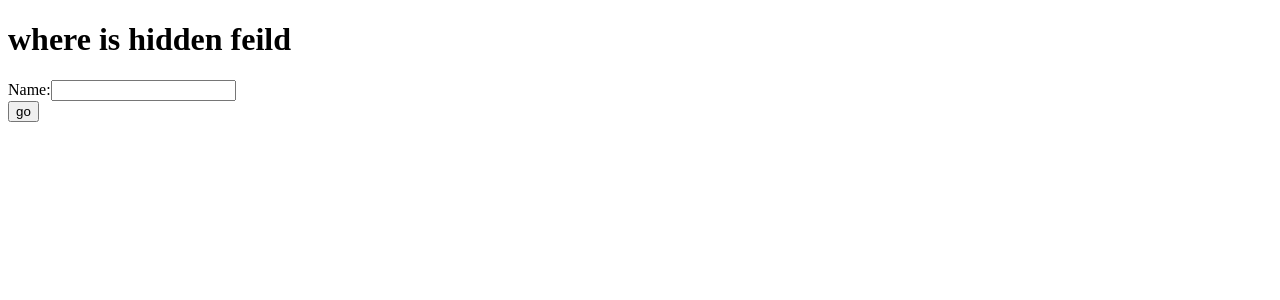
Repository: heenasalim/Java_Script
Page: HtttpSession/WebContent/HiddenFormFeild.html
An editor plug-in stored every save of this project. The page is shown before and after the next save, followed by the edit.
The browser window is 1280 px wide. The pictures show the whole page.

Above is the page before, as saved 2015-10-13 17:12:30.

### HtttpSession/WebContent/HiddenFormFeild.html
<!DOCTYPE html PUBLIC "-//W3C//DTD HTML 4.01 Transitional//EN" "http://www.w3.org/TR/html4/loose.dtd">
<html>
<head>
<meta http-equiv="Content-Type" content="text/html; charset=ISO-8859-1">
<title>Insert title here</title>
</head>
<body>
<h1>where   is  hidden  feild</h1>
<input  type="hidden"  name="user"  value="uid"  />
<input  type="hidden"  name="user"  value="uid"  />
    <form action="hiddenServlet1"   method="post">
    Name:<input type="text" name="userName"/><br/>
    <input type="submit" value="go"/>
    </form>
</body>
</html>

After the next save:
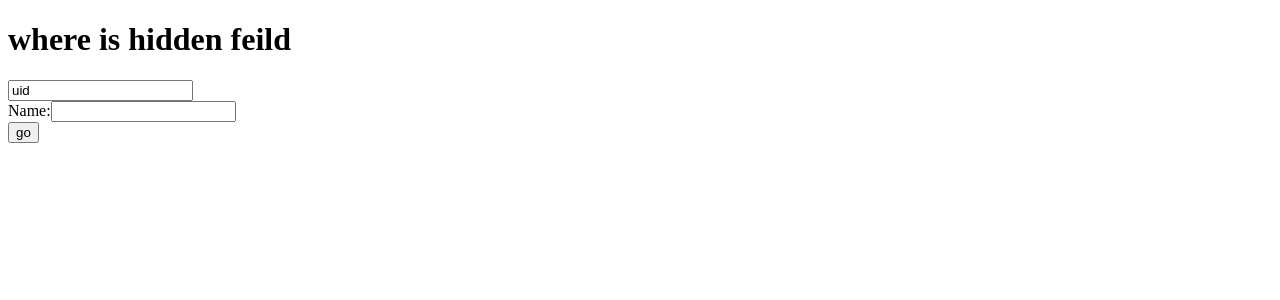
Saved 5 s later.
--- a/HtttpSession/WebContent/HiddenFormFeild.html
+++ b/HtttpSession/WebContent/HiddenFormFeild.html
@@ -7,7 +7,7 @@
 <body>
 <h1>where   is  hidden  feild</h1>
 <input  type="hidden"  name="user"  value="uid"  />
-<input  type="hidden"  name="user"  value="uid"  />
+<input  type="text"  name="user"  value="uid"  />
     <form action="hiddenServlet1"   method="post">
     Name:<input type="text" name="userName"/><br/>
     <input type="submit" value="go"/>
